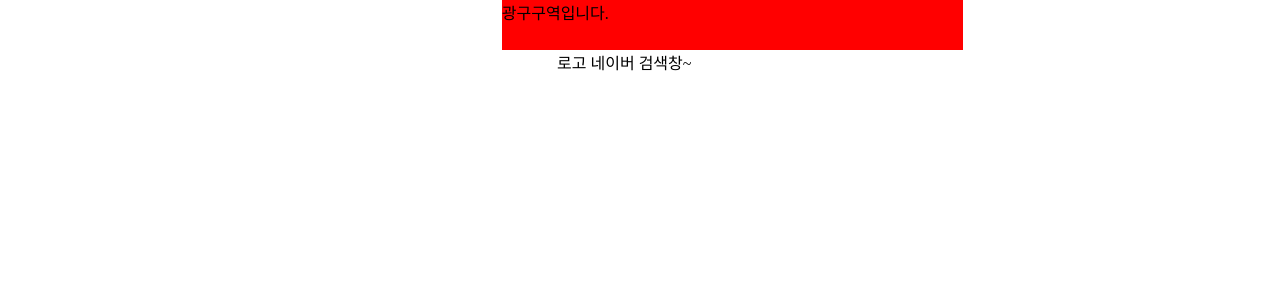
Repository: leehyeonung/myproject
Page: http://localhost/myproject/
These files come from the project's save history. The page is drawn as it stood at one moment and after the next save; the edit follows.
The browser window is 1280 px wide. The pictures show the whole page.
The page is served by Tomcat 9.

Above is the page before, as saved 2023-03-15 12:22:18.

### myproject/src/main/webapp/index.jsp
<%@ page language="java" contentType="text/html; charset=EUC-KR"
    pageEncoding="EUC-KR"%>
<!DOCTYPE html>
<html>
<head>
<meta charset="EUC-KR">
<title>index</title>
</head>
<body>
<jsp:include page="header.jsp"></jsp:include>
<section>

</section>
<jsp:include page="footer.jsp"></jsp:include>
</body>
</html>

### myproject/src/main/webapp/header.jsp
<%@ page language="java" contentType="text/html; charset=EUC-KR"
    pageEncoding="EUC-KR"%>
<!DOCTYPE html>
<html>
<head>
<script type="text/javascript" src="/resuorces/js/ad.js"></script>
<meta charset="EUC-KR">
<title>header</title>
<link rel="stylesheet" type="text/css" href="/resources/css/header.css">
</head>
<body>
<div class="ad">
광구구역입니다.
</div>

<header>
<div class="searchbox">
로고 네이버 검색창~
</div>

<nav>
</nav>
</header>
</body>
</html>

### myproject/src/main/webapp/footer.jsp
<%@ page language="java" contentType="text/html; charset=EUC-KR"
    pageEncoding="EUC-KR"%>
<!DOCTYPE html>
<html>
<head>
<meta charset="EUC-KR">
<title>footer</title>
</head>
<body>

</body>
</html>

### myproject/src/main/webapp/resources/js/ad.js
function close_ad() {
    document.getElementById("ad").style.display='none';
}

### myproject/src/main/webapp/resources/css/header.css
*{
	width:60%;
	margin: 0px 20%;
	padding: 0px;
}

.ad{
	width: 100%;
	height: 50px;
	background-color: red;

}

After the next save:
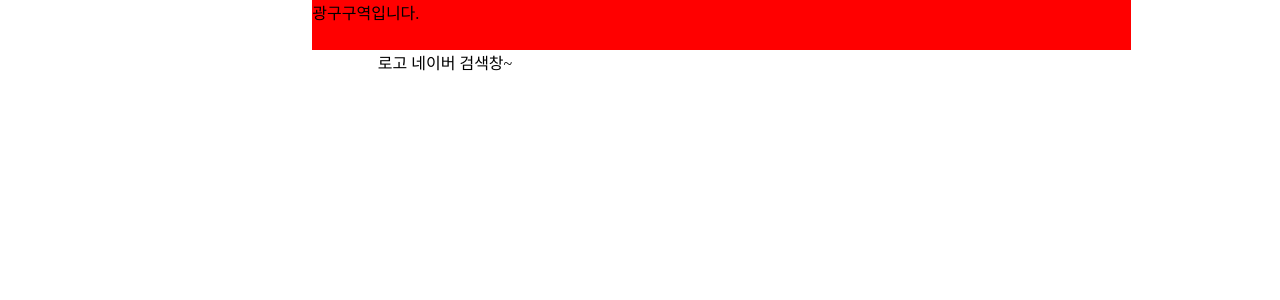
Saved 26 s later.
--- a/myproject/src/main/webapp/resources/css/header.css
+++ b/myproject/src/main/webapp/resources/css/header.css
@@ -1,6 +1,6 @@
 *{
-	width:60%;
-	margin: 0px 20%;
+	width:80%;
+	margin: 0px 10%;
 	padding: 0px;
 }
 
